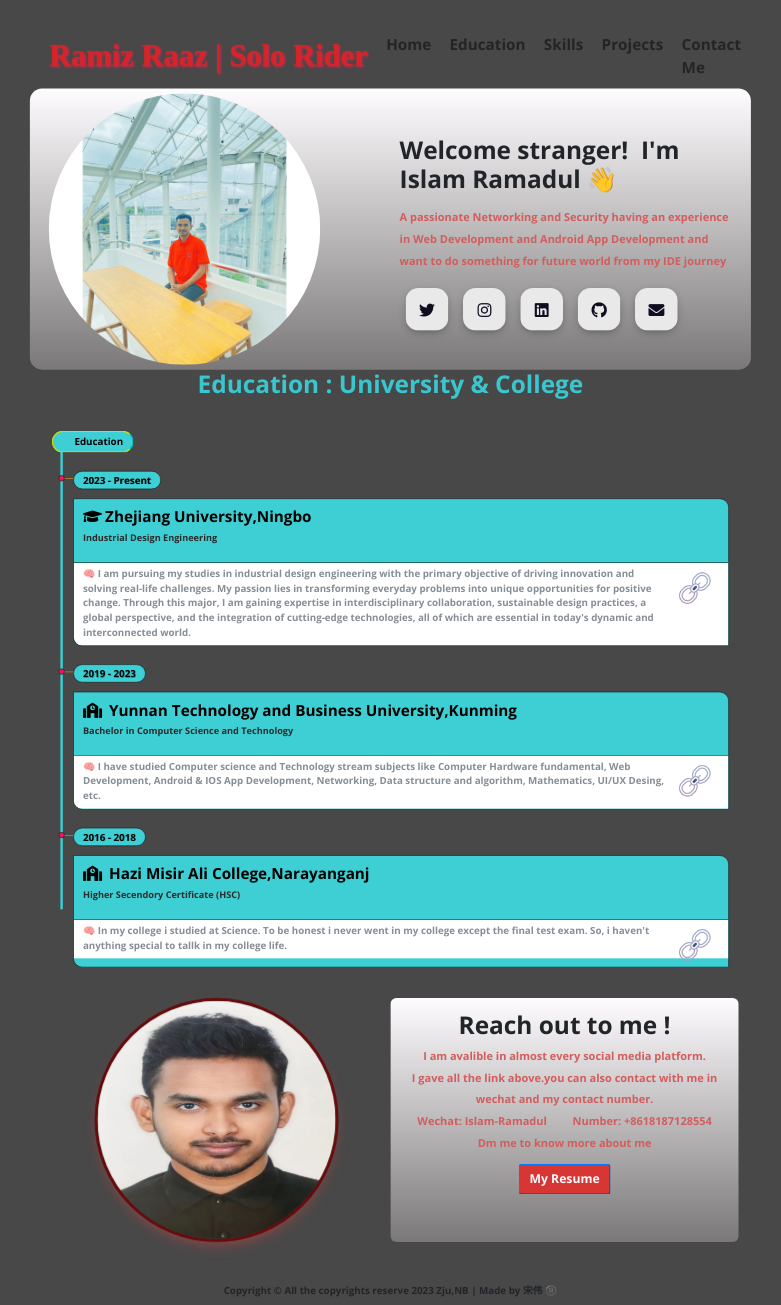
Repository: ramizraaz/ZjuProtfolio
Page: index.html
An editor plug-in stored every save of this project. The page is shown before and after the next save, followed by the edit.
The browser window is 1280 px wide. The pictures show the whole page, at 61% of full size.
Some web fonts or font styles are not loaded; a fallback is used. Some web libraries are served in a nearby version.

Above is the page before, as saved 2023-10-08 20:10:40.

### index.html
<!DOCTYPE html>
<html lang="en" dir="ltr">

<head>
    <meta charset="utf-8">
    <meta name="viewport" content="width=device-width,initial-scale=1">
    <title>宋伟's Profile | Personal website</title>
    <link rel="icon" href="Image/RR.png">
    <link rel="stylesheet" href="https://stackpath.bootstrapcdn.com/bootstrap/4.5.0/css/bootstrap.min.css" integrity="sha384-9aIt2nRpC12Uk9gS9baDl411NQApFmC26EwAOH8WgZl5MYYxFfc+NcPb1dKGj7Sk" crossorigin="anonymous">
    <link rel="stylesheet" href="style.css">
    <link href="https://fonts.googleapis.com/css2?family=Arizonia&family=Montserrat:wght@400;800&display=swap" rel="stylesheet">
    <link href="https://fonts.googleapis.com/css2?family=Open+Sans:wght@700&display=swap" rel="stylesheet">
    <link rel="stylesheet" href="https://use.fontawesome.com/releases/v5.4.1/css/all.css" />
    <link rel="stylesheet" href="https://cdnjs.cloudflare.com/ajax/libs/font-awesome/5.13.1/css/all.min.css">
    <script src="https://code.jquery.com/jquery-3.5.1.slim.min.js" integrity="sha384-DfXdz2htPH0lsSSs5nCTpuj/zy4C+OGpamoFVy38MVBnE+IbbVYUew+OrCXaRkfj" crossorigin="anonymous"></script>
    <script src="https://cdn.jsdelivr.net/npm/popper.js@1.16.0/dist/umd/popper.min.js" integrity="sha384-Q6E9RHvbIyZFJoft+2mJbHaEWldlvI9IOYy5n3zV9zzTtmI3UksdQRVvoxMfooAo" crossorigin="anonymous"></script>
    <script src="https://stackpath.bootstrapcdn.com/bootstrap/4.5.0/js/bootstrap.min.js" integrity="sha384-OgVRvuATP1z7JjHLkuOU7Xw704+h835Lr+6QL9UvYjZE3Ipu6Tp75j7Bh/kR0JKI" crossorigin="anonymous"></script>
</head>

<body class="container-fluid body_section">
    <header>
        <nav class="navbar navbar-expand-lg navbar-light ">
            <a class="navbar-brand brand-name" href="#">Ramiz Raaz | Solo Rider</a>
            <button class="navbar-toggler" type="button" data-toggle="collapse" data-target="#navbarSupportedContent" aria-controls="navbarSupportedContent" aria-expanded="false" aria-label="Toggle navigation">
                  <span class="navbar-toggler-icon"></span>
                </button>
            <div class="collapse navbar-collapse" id="navbarSupportedContent">
                <ul class="navbar-nav ml-auto">
                    <li class="nav-item">
                        <a class="nav-link headerachor" href="index.html">Home</a>
                    </li>

                    <li class="nav-item">
                        <a class="nav-link headerachor" href="#Education">Education</a>
                    </li>
                    <li class="nav-item">
                        <a class="nav-link headerachor" href="">Skills</a>
                    </li>
                    <li class="nav-item">
                        <a class="nav-link headerachor" href="">Projects</a>
                    </li>
                    <li class="nav-item">
                        <a class="nav-link headerachor" href="">Contact Me</a>
                    </li>
                </ul>
        </nav>
    </header>
    <!-- Intro Section -->
    <section id="Home">
        <div class="row column1">
            <div class="col-lg-6 col-md-6 first-image">
                <img class="boyimage" src="img/me.gif" alt="">
            </div>
            <div class="col-lg-6 section-1">
                <h1 class="Hello">Welcome stranger!&nbsp&nbspI'm Islam Ramadul <span class="wave">👋</span></h1>
                <p>A passionate Networking and Security having an experience in Web Development and Android App Development and want to do something for future world from my IDE journey</p>
                <div class=social_media_icon>
                    <a class="btn" href="https://twitter.com/ramiz_raaz" target=_blank>
                        <i class="fab fa-twitter"></i>
                    </a>
                    <a class="btn" href="https://www.instagram.com/ramiz_raaz/" target=_blank>
                        <i class="fab fa-instagram"></i>
                    </a>
                    <a class="btn" href="https://www.linkedin.com/" target=_blank>
                        <i class="fab fa-linkedin" aria-hidden="true"></i>
                    </a>
                    <a class="btn" href="https://github.com/ramizraaz" target=_blank>
                        <i class="fab fa-github"></i>
                    </a>
                    <a class="btn" href="mailto:romiz.romeo.raaz@gmail.com/" target=_blank>
                        <i class="fa fa-envelope"></i>
                    </a>
                </div>
            </div>
    </section>
    <!-- Education Section -->
    <section id="Education">
        <div class="container">
            <div class="Heading">
                <h1>Education : University & College</h1>
                <br>
            </div>
            <div class="timeline">
                <div class="timeline-month">
                    Education
                </div>
                <div class="timeline-section">
                    <div class="timeline-date">
                        2023 - Present
                    </div>
                    <div class="row">
                        <div class="col-lg">
                            <div class="timeline-box">
                                <div class="box-title">
                                    <i class="fas fa-graduation-cap" aria-hidden="true"></i>Zhejiang University,Ningbo
                                    <p class="degree">Industrial Design Engineering</p>
                                </div>
                                <div class="box-content">
                                    <a class="btn-sm  float-right" role="button" href="https://www.zju.edu.cn/english/" target=_blank><img src="img/BTN.png" alt="visit here"></a>
                                    <div class="box-item">🧠 I am pursuing my studies in industrial design engineering with the primary objective of driving innovation and solving real-life challenges. My passion lies in transforming everyday problems into unique opportunities
                                        for positive change. Through this major, I am gaining expertise in interdisciplinary collaboration, sustainable design practices, a global perspective, and the integration of cutting-edge technologies, all of which
                                        are essential in today's dynamic and interconnected world.</div>
                                </div>
                            </div>
                        </div>
                    </div>
                </div>

                <div class="timeline-section">
                    <div class="timeline-date">
                        2019 - 2023
                    </div>
                    <div class="row">
                        <div class="col-lg">
                            <div class="timeline-box">
                                <div class="box-title">
                                    <i class="fas fa-school" aria-hidden="true"></i> Yunnan Technology and Business University,Kunming
                                    <p class="degree">Bachelor in Computer Science and Technology</p>
                                </div>
                                <div class="box-content">
                                    <a class="btn-sm  float-right" role="button" href="https://www.ytbu.edu.cn/" target=_blank><img src="img/BTN.png" alt="visit here"></a>
                                    <div class="box-item ">🧠 I have studied Computer science and Technology stream subjects like Computer Hardware fundamental, Web Development, Android & IOS App Development, Networking, Data structure and algorithm, Mathematics, UI/UX Desing,
                                        etc.
                                    </div>

                                </div>
                            </div>
                        </div>
                    </div>
                </div>

                <div class="timeline-section ">
                    <div class="timeline-date ">
                        2016 - 2018
                    </div>
                    <div class="row ">
                        <div class="col-lg ">
                            <div class="timeline-box ">
                                <div class="box-title ">
                                    <i class="fas fa-school " aria-hidden="true "></i> Hazi Misir Ali College,Narayanganj
                                    <p class="degree "> Higher Secendory Certificate (HSC)</p>
                                </div>
                                <div class="box-content ">
                                    <a class="btn-sm float-right " role="button" href="http://hmuc.edu.bd/" target=_blank><img src="img/BTN.png" alt="visit here"></a>
                                    <div class="box-item ">🧠 In my college i studied at Science. To be honest i never went in my college except the final test exam. So, i haven't anything special to tallk in my college life.</div>
                                    <div class="box-item "><b>
                                </div>
                            </div>
                        </div>
                    </div>
                </div>
            </div>
        </div>
    </section>
<!-- Contact Section -->
<section id="contact">
    <div class="row first-section">
        <div class="col-lg-6 col-md-6">
            <img class = "Profilepic" src="img/me.jpg" alt="">
        </div>
        <div class="col-lg-6 col-md-6 context">
            <h1>Reach out to me !</h1>
            <p>I am avalible in almost every social media platform.<br>
                I gave all the link above.you can also contact with me in wechat and my contact number.<br>
                Wechat: Islam-Ramadul &nbsp; &nbsp; &nbsp; &nbsp; Number: +8618187128554 <br>Dm me to know more about me</p>
                <a href="ISLAM RAMADUL.pdf" target=_blank><button type="button" class=" btn-primary btn-lg Resume">My Resume</button></a>
         </div>
    </div>
    </section>

    <footer class=footer>Copyright &copy; All the copyrights reserve 2023 Zju,NB | Made by 宋伟 ®️</footer>
</body>

</html>

### style.css
body {
    font-family: 'Open Sans', sans-serif;
    margin: 0;
    background: #b1adad;
    animation: pulse 10s infinite;
}

@keyframes pulse {
    0% {
        background: #F2F2F2;
    }
    10% {
        background: #FFFFFF;
    }
    20% {
        background: #d6d6d6e2;
        ;
    }
    30% {
        background: #acacacd8;
    }
    40% {
        background: #6b6b6bcf;
    }
    50% {
        background: #484848;
    }
    60% {
        background: #292929c8;
    }
    70% {
        background: #2f2e2ebc;
    }
    80% {
        background: #242424bb;
    }
    90% {
        background: #1e1e1ef7;
    }
    100% {
        background: #a6a6a6;
    }
}

.body_section {
    padding: 3% 5% 1%;
}

p {
    font-size: 18px;
}

a {
    text-decoration: none;
}

@font-face {
    font-family: "Lovely Home";
    src: local('Lovely Home'), url("Image/LovelyHome-9aBZ.ttf") format('truetype');
}

.brand-name,
.navbar-light .navbar-brand {
    font-family: "Lovely Home";
    font-size: 50px;
    font-weight: bold;
    color: #d72525e4;
    text-shadow: 2px 2px 4px #e71f4a;
}

.headerachor {
    margin: 0 7px 0 7px;
    border-radius: 15px;
    font-size: 25px;
}

.headerachor:hover {
    background-color: #ffffff82;
}


/* Section 1 */

.column1 {
    background-image: linear-gradient(#fefcfe, #7a7878);
    padding: 8px 16px;
    border-radius: 20px;
}

.section-1 {
    margin-top: 6%;
    text-align: left;
    position: relative;
}

span.wave {
    animation-name: wave-animation;
    animation-duration: 2.5s;
    animation-iteration-count: infinite;
    transform-origin: 70% 70%;
    display: inline-block;
}

@keyframes wave-animation {
    0% {
        transform: rotate( 0.0deg)
    }
    10% {
        transform: rotate(-10.0deg)
    }
    20% {
        transform: rotate( 12.0deg)
    }
    30% {
        transform: rotate(-10.0deg)
    }
    40% {
        transform: rotate( 9.0deg)
    }
    50% {
        transform: rotate( 0.0deg)
    }
    100% {
        transform: rotate( 0.0deg)
    }
}

.boyimage {
    height: 445px;
    border-radius: 50%;
}

@media only screen and (max-width: 1183px) {
    .first-image {
        right: 160px;
    }
}

.Image-boy {
    text-align: center;
    align-items: center;
}

@media only screen and (min-width:951px) {
    .Image-boy {
        display: none;
    }
}

.Hello {
    margin-bottom: 20px;
}

p {
    line-height: 2;
    color: #d35d5d;
}

.btn {
    display: inline-block;
    width: 4.37rem;
    height: 4.37rem;
    background: #e9e9e9;
    padding: 0px 0px;
    margin: 10px;
    border-radius: 30%;
    box-shadow: 0 5px 15px -5px #00000070;
    color: #0f0d20;
    overflow: hidden;
    position: relative;
}

.btn i {
    line-height: 70px;
    font-size: 1.625rem;
    transition: 0.2s linear;
}

.btn:hover i {
    transform: scale(1.3);
    color: #f1f1f1;
}

.btn::before {
    content: "";
    position: absolute;
    width: 120%;
    height: 120%;
    background: #f37312;
    transform: rotate(45deg);
    left: -110%;
    top: 90%;
}

.btn:hover::before {
    animation: aaa 0.7s 1;
    top: -10%;
    left: -10%;
}

@media only screen and (max-width:470px) {
    .btn {
        width: 2.5rem;
        height: 2.5rem;
        margin: 7px;
    }
    .btn i {
        line-height: 40px;
        font-size: 1em;
    }
}


/* Education CSS */

.Heading {
    text-align: center;
    color: #3ac6ce;
}

.timeline {
    margin-top: 20px;
    position: relative;
}

.timeline:before {
    position: absolute;
    content: '';
    width: 4px;
    height: calc(100% - 100px);
    background: #3dcfd4;
    left: 14px;
    top: 5px;
    border-radius: 4px;
}

.timeline-month {
    color: black;
    position: relative;
    padding: 4px 15px 4px 35px;
    background-color: #3dcfd4;
    display: inline-block;
    width: auto;
    border-radius: 40px;
    border: 2px solid #c3e006;
    border-right-color: rgb(6, 193, 183);
    margin-bottom: 30px;
}

.timeline-section {
    padding-left: 35px;
    display: block;
    position: relative;
    margin-bottom: 30px;
}

.timeline-date {
    margin-bottom: 15px;
    padding: 2px 15px;
    background: #3dcfd4;
    position: relative;
    display: inline-block;
    border-radius: 20px;
    border: 1px solid #1b1717;
    color: black;
    text-shadow: 1px 1px 1px rgba(0, 0, 0, 0.3);
}

.timeline-section:before {
    content: '';
    position: absolute;
    width: 30px;
    height: 1px;
    background-color: #e89014;
    top: 12px;
    left: 20px;
}

.timeline-section:after {
    content: '';
    position: absolute;
    width: 10px;
    height: 10px;
    background: #f3155b;
    top: 7px;
    left: 11px;
    border: 1px solid #17191B;
    border-radius: 100%;
}

.timeline-box {
    position: relative;
    color: black;
    background-color: #3dcfd4;
    border-radius: 15px;
    border-top-left-radius: 0px;
    border-bottom-right-radius: 0px;
    border: 1px solid #17191B;
    transition: all 0.3s ease;
    overflow: hidden;
}

.box-icon {
    position: absolute;
    right: 5px;
    top: 0px;
}

.box-title {
    padding: 10px 15px;
    font-size: 25px;
    border-bottom: 1px solid #17191B;
}

.degree {
    font-size: 15px;
    color: #2b2b2b;
}

.box-title i {
    margin-right: 5px;
}

.box-content {
    padding: 5px 15px;
    background-color: white;
}

.box-item {
    margin-bottom: 5px;
    color: #868e96;
    font-weight: 400;
}

.certificate {
    padding-top: 20px;
}

.certificate-text {
    text-align: center;
}

.box-shadow {
    box-shadow: 5px 5px 5px #d9dbdf;
}


/* Contact style */

#contact {
    padding: 20px 20px 10px;
}

.first-section {
    text-align: center;
}

.Profilepic {
    border-radius: 100%;
    width: 400px;
    height: 400px;
    border: 5px solid;
    border-color: #660c0c;
    box-shadow: 0 10px 30px -15px rgba(230, 71, 71, 0.897);
    ;
}

.context {
    border-radius: 10px;
    background-image: linear-gradient(#fefcfe, #7a7878);
    text-align: center;
    padding-top: 20px;
}

.Resume {
    background-color: #d83535;
}

.Resume:hover {
    color: black;
    background-color: rgb(107, 230, 19);
}

footer {
    font-size: medium;
    padding-top: 5%;
    text-align: center;
}

After the next save:
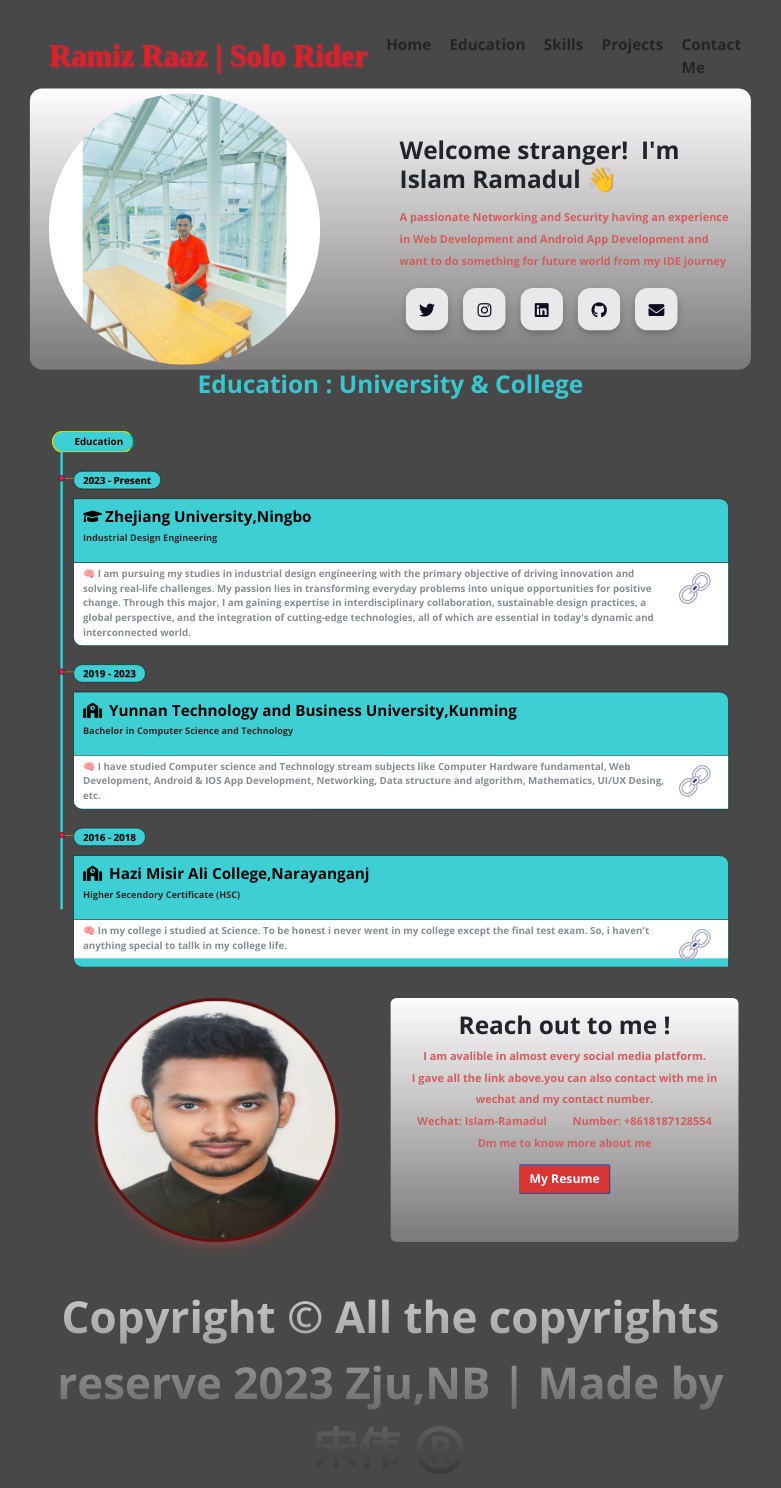
Saved 30 s later.
--- a/style.css
+++ b/style.css
@@ -382,7 +382,10 @@
 }
 
 footer {
-    font-size: medium;
     padding-top: 5%;
     text-align: center;
-}
+    font-size: 72px;
+    background: -webkit-linear-gradient(#eee, #333);
+    -webkit-background-clip: text;
+    -webkit-text-fill-color: transparent;
+}
